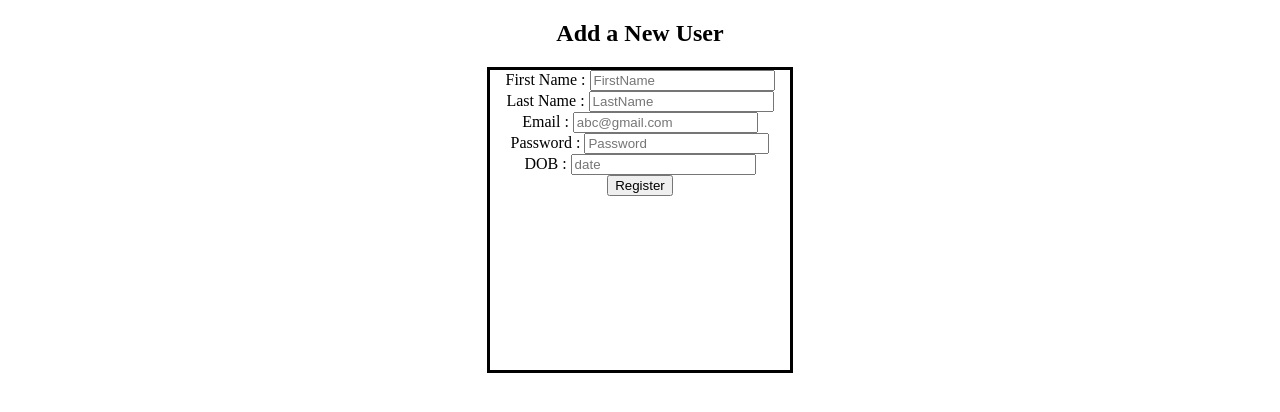
Repository: KD3-86718-yagywalky/Advance-java
Page: http://localhost/Assignment04/newuser.jsp
An editor plug-in stored every save of this project. The page is shown before and after the next save, followed by the edit.
The browser window is 1280 px wide. The pictures show the whole page.
The page is served by Tomcat 9. Other server files are loaded and not shown.

Above is the page before, as saved 2024-12-05 13:12:49.

### Assignment_04/Assignment04/src/main/webapp/newuser.jsp
<%@ page language="java" contentType="text/html; charset=ISO-8859-1"
    pageEncoding="ISO-8859-1"%>
<!DOCTYPE html>
<html>
<head>
<meta charset="ISO-8859-1">
<title>Insert title here</title>
</head>
<body style="text-align: center;">

<h2>Add a New User </h2>
<center>
<div style="height: 300px; width: 300px; border: solid; align-self: center;" >

<form action="register.jsp" method="post">
First Name : <input type="text" name="fname" placeholder="FirstName"> <br/>
Last Name : <input type="text" name="lname" placeholder="LastName"> <br/>
Email : <input type="email" name="email" placeholder="abc@gmail.com"> <br/>
Password : <input type="password" name="passwd" placeholder="Password"> <br/>
DOB : <input type="text" name="date" placeholder="date"> <br/>
<input type="submit" value="Register"> <br/>
</form>
</div>

</body>
</html>

After the next save:
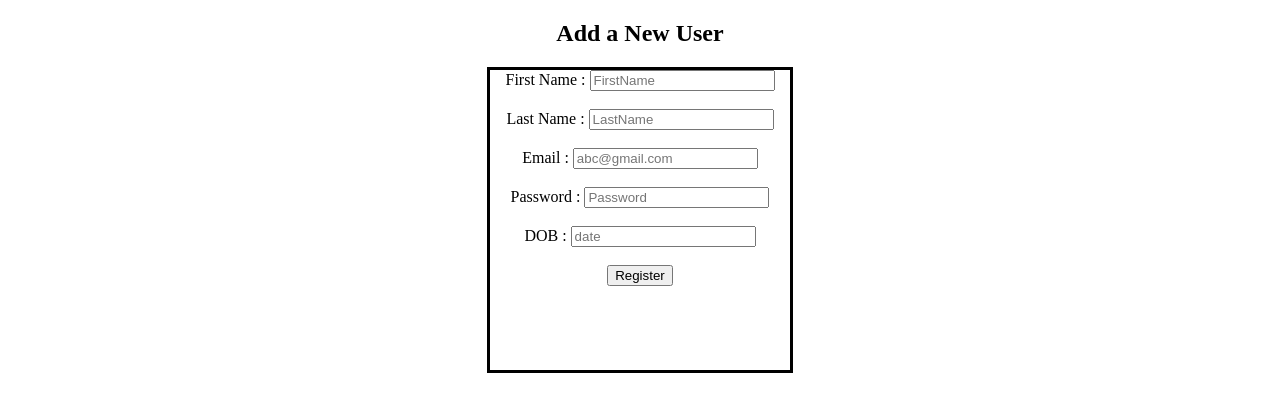
Saved 50 s later.
--- a/Assignment_04/Assignment04/src/main/webapp/newuser.jsp
+++ b/Assignment_04/Assignment04/src/main/webapp/newuser.jsp
@@ -13,14 +13,14 @@
 <div style="height: 300px; width: 300px; border: solid; align-self: center;" >
 
 <form action="register.jsp" method="post">
-First Name : <input type="text" name="fname" placeholder="FirstName"> <br/>
-Last Name : <input type="text" name="lname" placeholder="LastName"> <br/>
-Email : <input type="email" name="email" placeholder="abc@gmail.com"> <br/>
-Password : <input type="password" name="passwd" placeholder="Password"> <br/>
-DOB : <input type="text" name="date" placeholder="date"> <br/>
-<input type="submit" value="Register"> <br/>
+First Name : <input type="text" name="fname" placeholder="FirstName"> <br/><br/>
+Last Name : <input type="text" name="lname" placeholder="LastName"> <br/><br/>
+Email : <input type="email" name="email" placeholder="abc@gmail.com"> <br/><br/>
+Password : <input type="password" name="passwd" placeholder="Password"> <br/><br/>
+DOB : <input type="text" name="date" placeholder="date"> <br/><br/>
+<input type="submit" value="Register"> <br/><br/>
 </form>
 </div>
-
+</center>
 </body>
 </html>
